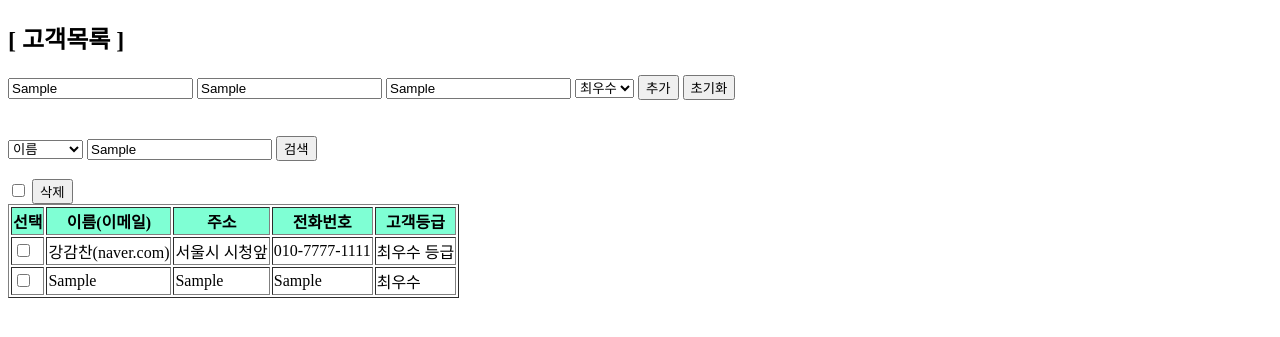
Repository: futuremirae/Dima_jquery
Page: http://localhost/customer
These files come from the project's save history. The page is drawn as it stood at one moment and after the next save; the edit follows.
The browser window is 1280 px wide. The pictures show the whole page.
Empty fields were first filled with sample values (such as "Sample", 5 or name@example.com).
After loading, the first visible `#addcustomer` was clicked once.
The page is this project's Thymeleaf template; nobody is signed in. The template is opened directly, without the code that normally fills it, so the values that code supplies are empty.

Above is the page before, as saved 2024-03-20 05:13:05.

### jquery2/src/main/resources/templates/customer.html
<!DOCTYPE html>
<html lang="ko" xmlns:th="http://www.thymeleaf.org">

<head>
    <meta charset="UTF-8">
    <meta name="viewport" content="width=device-width, initial-scale=1.0">
    <title>Document</title>
    <script th:src="@{/script/jquery-3.7.1.min.js}"></script>
    <style>
        thead {
            background-color: aquamarine;
        }
    </style>
    <script>
        $(function () {
            $("#checkAll").on("click", function () {
                if ($(this).is(":checked")) {
                    $("#memberTable input:checkbox").prop("checked", true);
                    // input[type]='checked'
                }
                else $("#memberTable input:checkbox").prop("checked", false);

            })
            //
            $("#deleteMember").on("click", function () {

                let data = $("#memberTable input:checkbox:checked").parent().parent();// 제이쿼리객체
                console.log(data)
                data.remove();
            })
            //

            $("#addcustomer").on("click", function () {
                let name = $("#name").val();
                let phone = $("#phone").val();
                let address = $("#address").val();


                let grade = $(".grade :selected").val();

                console.log(grade);


                // 정보 추가하기

                let result = `<tr><td><input type="checkbox"></td><td>${name}</td><td>${phone}</td><td>${address}</td><td>${grade}</td></tr >`
                console.log(result);

                $("table").append(result);





            })//끝
            //초기화 하기
            $("#removeall").on("click", function () {
                let input = $("#customerInfo input[type='text']")
                console.log(input.length);
                for(let i = 0; i< input.length;i++){
                	input[i].value="";
                	//console.log(input[i]);

                }
                $("#customerInfo.grade selected:false");

            });


        });
    </script>
</head>

<body>
    <div id="container"></div>
    <h2 id="title">[ 고객목록 ]</h2>
    <div id="customerInfo">
        <input type="text" id="name" value="" placeholder="이름 입력">
        <input type="text" id="phone" value="" placeholder="주소 입력">
        <input type="text" id="address" value="" placeholder="번호 입력">

        <select id="" class="grade">
            <option value="최우수" class="grade">최우수</option>
            <option value="우수" class="grade">우수</option>
            <option value="보통" class="grade">일반</option>
        </select>
        <input type="button" id="addcustomer" value="추가">
        <input type="button" id="removeall" value="초기화">

    </div>
    <br><br>

    <div>
        <form action="" method="POST">
            <select name="searchType" id="">
                <option value="name">이름</option>
                <option value="grade">고객 등급</option>
            </select>
            <input type="text" name="searchText">
            <input type="button" value="검색">

        </form>
    </div><br>
    <div id="action">
        <input type="checkbox" id="checkAll">
        <input type="button" id="deleteMember" value="삭제"> <!--this 위의를 싿다 날려야-->
    </div>
    <table id="memberTable" border="1">
        <thead>
            <tr>
                <th>선택</th>
                <th>이름(이메일)</th>
                <th>주소</th>
                <th>전화번호</th>
                <th>고객등급</th>
            </tr>

        </thead>
        <tr>
            <td><input type="checkbox"></td>
            <td>강감찬(naver.com)</td>
            <td>서울시 시청앞</td>
            <td>010-7777-1111</td>
            <td>최우수 등급</td>
        </tr>


    </table>


</body>

</html>

Loaded but not shown: jquery2/src/main/resources/static/script/jquery-3.7.1.min.js (library)

After the next save:
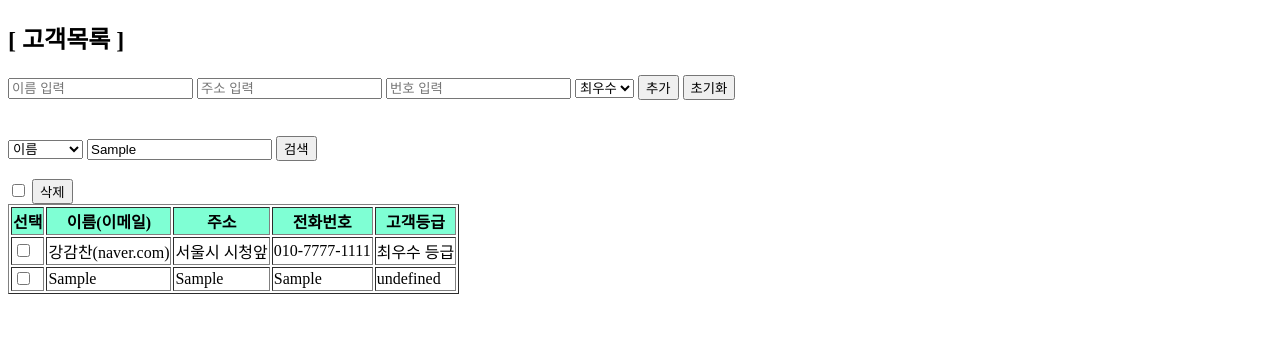
Saved 29 s later.
--- a/jquery2/src/main/resources/templates/customer.html
+++ b/jquery2/src/main/resources/templates/customer.html
@@ -13,6 +13,7 @@
     </style>
     <script>
         $(function () {
+            // 선택된 목록을 삭제
             $("#checkAll").on("click", function () {
                 if ($(this).is(":checked")) {
                     $("#memberTable input:checkbox").prop("checked", true);
@@ -35,8 +36,8 @@
                 let phone = $("#phone").val();
                 let address = $("#address").val();
 
-
-                let grade = $(".grade :selected").val();
+                //let grade = $(".grade :selected").val();
+                let grade = $("#grade").val();
 
                 console.log(grade);
 
@@ -46,7 +47,14 @@
                 let result = `<tr><td><input type="checkbox"></td><td>${name}</td><td>${phone}</td><td>${address}</td><td>${grade}</td></tr >`
                 console.log(result);
 
-                $("table").append(result);
+                $("#memberTable").append(result);
+                resetAll();
+                function resetAll() {
+                    $("#name").val('');
+                    $("#phone").val('');
+                    $("#address").val('');
+                    //$("#grade").val('최우수');
+                }
 
 
 
@@ -57,12 +65,12 @@
             $("#removeall").on("click", function () {
                 let input = $("#customerInfo input[type='text']")
                 console.log(input.length);
-                for(let i = 0; i< input.length;i++){
-                	input[i].value="";
-                	//console.log(input[i]);
+                for (let i = 0; i < input.length; i++) {
+                    input[i].value = "";
+                    //console.log(input[i]);
 
                 }
-                $("#customerInfo.grade selected:false");
+                $("#customerInfo.grade :selected") = false;
 
             });
 
@@ -74,7 +82,7 @@
 <body>
     <div id="container"></div>
     <h2 id="title">[ 고객목록 ]</h2>
-    <div id="customerInfo">
+    <form id="customerInfo">
         <input type="text" id="name" value="" placeholder="이름 입력">
         <input type="text" id="phone" value="" placeholder="주소 입력">
         <input type="text" id="address" value="" placeholder="번호 입력">
@@ -87,7 +95,7 @@
         <input type="button" id="addcustomer" value="추가">
         <input type="button" id="removeall" value="초기화">
 
-    </div>
+    </form>
     <br><br>
 
     <div>
